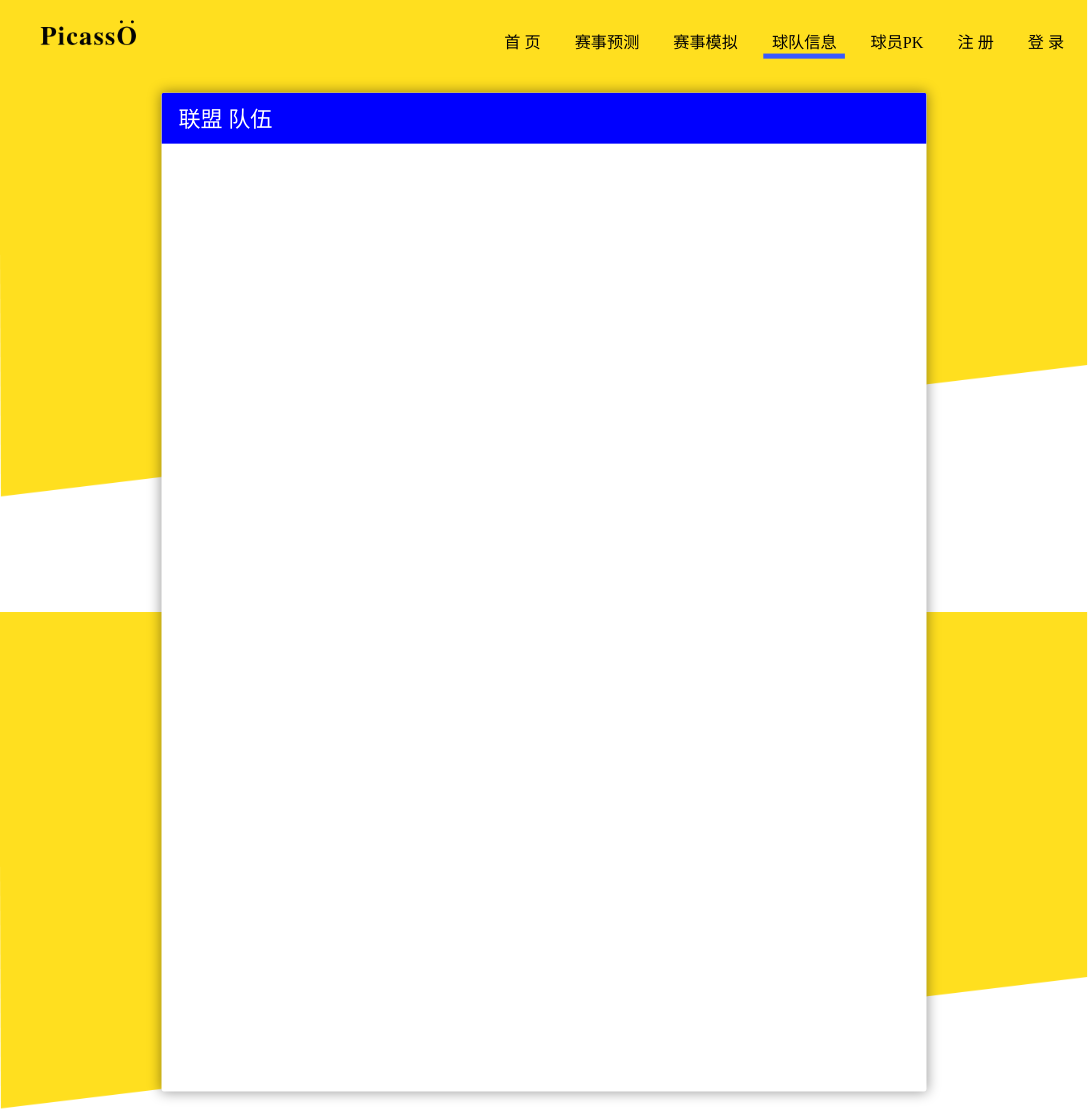
Repository: cciixx/nba-prediction-sys
Page: public/player_PK.html
These files come from the project's save history. The page is drawn as it stood at one moment and after the next save; the edit follows.
The browser window is 1280 px wide. The pictures show the whole page, at 85% of full size.
The page's requests for data from a server got no answer. Backgrounds fixed to the window are drawn as part of the page.

Above is the page before, as saved 2020-04-04 14:27:55.

### public/player_PK.html
<!doctype html>
<html>
<head>
<meta charset="utf-8">
<title>NBA预测系统-球队信息</title>
    <link  href="css/navl.css" rel="stylesheet" type="text/css">
    <link  href="css/team_index.css" rel="stylesheet" type="text/css">
    <script type="text/javascript" src="./JS/jquery-3.4.1.js"></script>
    <script type="text/javascript" src="./JS/team_index.js"></script>
	<style>
		body{background-image: url(images/half_yellow.png);}
	</style>
</head>

<body>
    <div class="header">
        <ul class='navl'>
            <li><a href="login.html">登 录</a></li>
            <li><a href="register.html">注 册</a></li>
            <li><a href="PK_index.html">球员PK</a></li>
            <li style="border-bottom: 6px solid #3a59fd;"><a href="team_index.html">球队信息</a></li>
            <li><a href="live_index.html">赛事模拟</a></li>
            <li><a href="predict.html">赛事预测</a></li>
            <li><a href="first.html">首 页</a></li>
            <img src="images/logo.png">
        </ul></div>

        <div class="wrapper">
            <div class="team_bg">
                <div class="list-title", id='title'><div style="padding: 10px;"><span>联盟 队伍</span></div></div>
        </div>
    </div>
</body>
</html>

### public/css/navl.css
/* CSS Document */
body{
	background-repeat: no-repeat;
	background-position: top;
	background-size: 100%, 100%;
	background-attachment: fixed;
}
.header{
    overflow: hidden;
}
.btn{
	background: #3a59fd;
	font-family: '方正小标宋简体';
	color: white;
}
.navl ul{
	margin: 30px;
	width: 600px;
	height: 300px;
	color: #030303;
	position: absolute;
	top: 10px;
}
.navl li{
		height: 29px;
		width: fit-content;
		margin: 10px;
		list-style: none;
		float: right;
}
.navl img{
	float: left;
	height: 29px;
}
.navl a{
	margin: 0px 10px;
	color:#030303;
	text-align: left;
	text-decoration: none;
	font-size: 19px;
}
.wrapper{
    width: 100%;
}

### public/css/team_index.css
.team_bg{
    overflow: hidden;
    width: 900px;
    height: 1175px;
    margin: 30px auto;
	/* font-size: 26px; */
	background: white;
	border: 0 none;
    border-radius: 3px;
    box-shadow: 0 0 15px 1px rgba(0, 0, 0, 0.4);
    box-sizing: border-box;
}
.list-title{
    background-color: blue;
    height: 60px;
    text-align: left;
}
.list-title span{
    margin-left: 10px;
    color: white;
    font-size: 26px;
}
.A_team{
    margin: 30px;
    width: 26%;
    text-align: center;
    float: left;
}
.A_team .name_T{
    padding-top: 10px;
    font-size: 20px;
    margin: 0 auto;
}
.A_team img{
    float: left;
    width: 50px;
    height: 50px;
}
    /* }
.team_table {
    margin: 20px;
}
.team_table td{
    padding-left: 20px;
}
.team_table img{
    width: 50px;
    height: 50px;
} */

### public/JS/team_index.js
$(document).ready(function () {
  $.ajax({
    url: "http://127.0.0.1:3000/team_index",
    type: "get",
    dataType: "json",
    success: function (data) {
      for (var i = 0; i < data.length; i++) {
        var img_src;
        var team_name;
        img_src = data[i].logo_path;
        team_name = data[i].names;
        team_code = data[i].team_code;
        $("#title").append(
          "<a href = 'team.html?t_code=" +
          team_code +
          "' target='_blank'><div class='A_team'><img src='" +
          img_src +
          "' alt = " +
          team_code +
          "> <div class='name_T'>" +
          team_name +
          "</div></div></a>"
        );
      }
    }
  });
});

Loaded but not shown: public/JS/jquery-3.4.1.js (library)

After the next save:
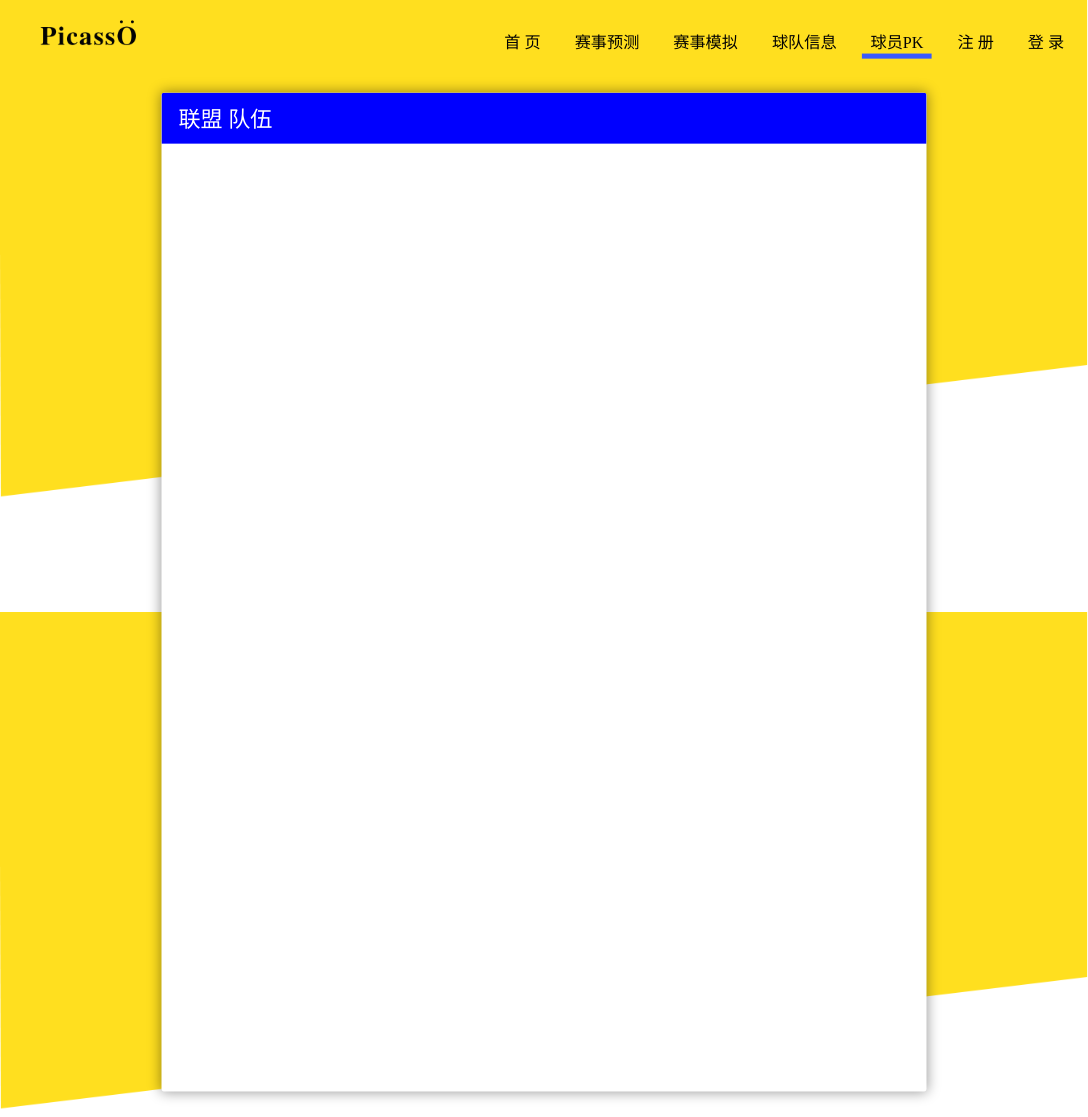
Saved 28 s later.
--- a/public/player_PK.html
+++ b/public/player_PK.html
@@ -17,13 +17,14 @@
         <ul class='navl'>
             <li><a href="login.html">登 录</a></li>
             <li><a href="register.html">注 册</a></li>
-            <li><a href="PK_index.html">球员PK</a></li>
-            <li style="border-bottom: 6px solid #3a59fd;"><a href="team_index.html">球队信息</a></li>
+            <li style="border-bottom: 6px solid #3a59fd;"><a href="PK_index.html">球员PK</a></li>
+            <li><a href="team_index.html">球队信息</a></li>
             <li><a href="live_index.html">赛事模拟</a></li>
             <li><a href="predict.html">赛事预测</a></li>
             <li><a href="first.html">首 页</a></li>
-            <img src="images/logo.png">
+            <img src="images/logo.png", id="logo">
         </ul></div>
+
 
         <div class="wrapper">
             <div class="team_bg">
